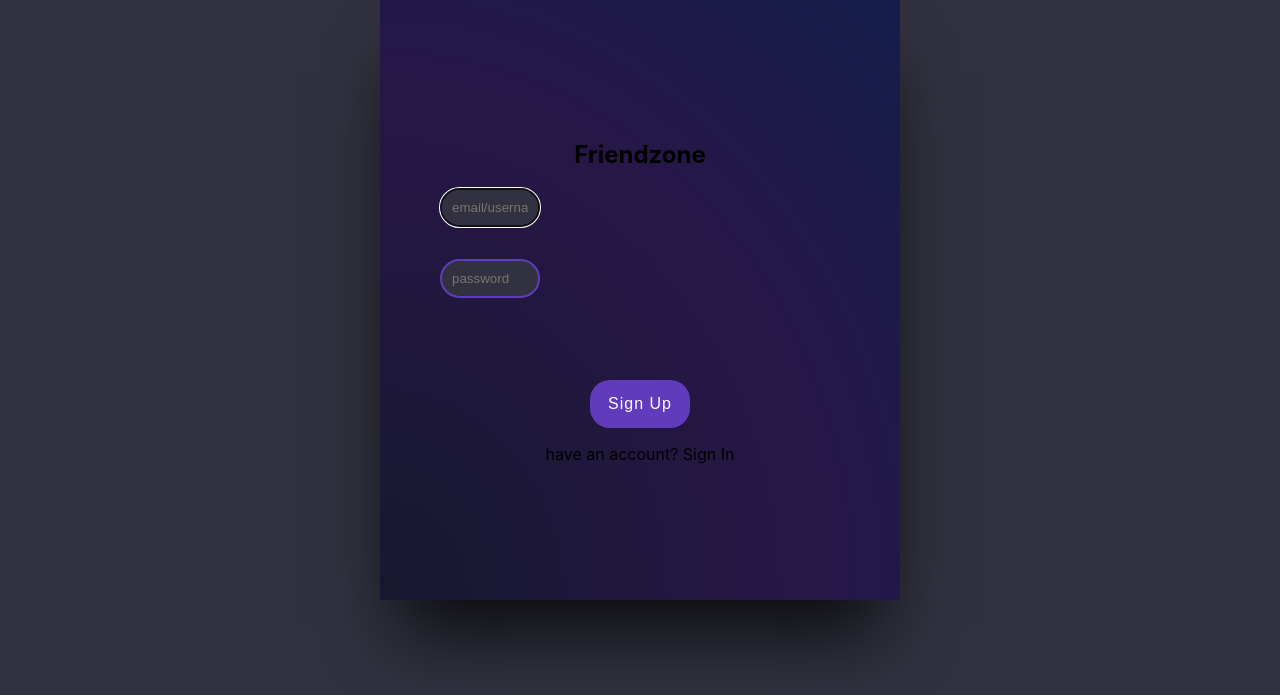
Repository: DerickT02/friend-zone
Page: /
The author's editor kept a copy of each file at every save. The page is drawn from the files as they stood at one save, then again after the next save.
The browser window is 1280 px wide. The pictures show the whole page.
The project was rebuilt for these pictures with package versions that can differ from the ones it lists, and the page was loaded fresh each time. Also part of the build but not shown: src/Appreducer.js, src/GlobalState.js, src/Post.js, src/Homepage.js, src/fire.js.

Above is the page before, as saved 2021-07-07 07:50:52.

### src/index.js
import React from 'react';
import ReactDOM from 'react-dom';
import './index.css';
import App from './App';


ReactDOM.render(

    <App />,
  document.getElementById('root')
);

// If you want to start measuring performance in your app, pass a function
// to log results (for example: reportWebVitals(console.log))
// or send to an analytics endpoint. Learn more: https://bit.ly/CRA-vitals

### src/index.css
body {
  margin: 0;
  font-family: -apple-system, BlinkMacSystemFont, 'Segoe UI', 'Roboto', 'Oxygen',
    'Ubuntu', 'Cantarell', 'Fira Sans', 'Droid Sans', 'Helvetica Neue',
    sans-serif;
  -webkit-font-smoothing: antialiased;
  -moz-osx-font-smoothing: grayscale;
  background-color: rgb(49, 49, 63);

}

code {
  font-family: source-code-pro, Menlo, Monaco, Consolas, 'Courier New',
    monospace;
}

### src/App.js
import React, { Component, useState, useEffect } from 'react'
import { BrowserRouter, Switch, Link, Route, Redirect, Router} from 'react-router-dom'
import Login from './Login'
import Homepage from './Homepage'
import './App.css'

import fire from './fire'
import GlobalProvider from './GlobalState'

function App() {
  const [user, setUser] = useState('')
  const [email, setEmail] = useState('')
  const [password, setPassword] = useState('')
  const [emailError, setEmailError] = useState('')
  const [passwordError, setPasswordError] = useState('')
  const [hasAccount, setHasAccount] = useState(false)

const clearInputs = () => {
  setEmail('')
  setPassword('')
}

const clearErrors = () => {
  setEmailError('');
  setPasswordError('')
}

const handleLogin = () => {
  clearErrors()
  fire
  .auth()
  .signInWithEmailAndPassword(email, password)
  .catch(err => {
      switch(err.code){
          case 'auth/invalid-email':
          case 'auth/user-disabled':
          case 'auth/user-not-found':
              setEmailError(err.message)
              break;
          case 'auth/wrong-password':
              setPasswordError(err.message)
              break
      }
  })
}

const handleSignup = () => {
  clearErrors()
  fire
  .auth()
  .createUserWithEmailAndPassword(email, password)
  .catch(err => {
      switch(err.code){
          case 'auth/email-already-in-use':
          case 'auth/invalid-email':
          setEmailError(err.message);
          break;

          case 'auth/weak-password':
          setPasswordError(err.message)
      }
  })
}

const handleLogout = () => {
  fire
  .auth()
  .signOut()
}

const authListener = () => {
  fire.auth().onAuthStateChanged((user) => {
    if(user){
      clearInputs()
      setUser(user)
    }
    else {
        setUser('')
    }
  })
}

useEffect(() => {
  authListener()
}, [])

  return (
    <div className="App">
    {user ? (
      <BrowserRouter>
      <GlobalProvider>
      <Switch>
        <Route exact path = '/'><Redirect to = "/homepage"/></Route>
        <Route exact path = '/homepage'><Homepage handleLogout = {handleLogout}/></Route>
      </Switch>
      </GlobalProvider>
     </BrowserRouter>
    ) : (

      <BrowserRouter>
      <Switch>
      <Route exact path = '/homepage'><Redirect to = "/" /></Route>
        <Route><Login email = {email}
            setEmail = {setEmail}
            password = {password}
            setPassword={setPassword}
            handleLogin={handleLogin}
            handleSignup={handleSignup}
            hasAccount={hasAccount}
            setHasAccount={setHasAccount}
            emailError={emailError}
            passwordError={passwordError} /></Route>
      </Switch>
      </BrowserRouter>
    )}

    </div>
  );
}

export default App;

### src/Login.js
import React, { Component, useState, useEffect } from 'react'
import './Login.css'
import {Link} from 'react-router-dom'

const Login = (props) => {
    const {email, setEmail, password, setPassword, handleLogin, handleSignup, hasAccount, setHasAccount, emailError, passwordError} = props
    return (
        <section className = "login">
        <div className="loginContainer" >

<h1>Friendzone</h1>


<input placeholder = 'email/username' type ="text" autoFocus required value = {email} onChange={(e) => setEmail(e.target.value)}/>
<p className ="errorMsg">{emailError}</p>

<input placeholder = 'password' type ="password" required value = {password} onChange={(e) => setPassword(e.target.value)} />
<p className = "errorMsg">{passwordError}</p>
<div className="btnContainer">

    {hasAccount ? (
        <div>
       <button type = "submit" onClick = {handleLogin}>Sign in</button>
        <p>Don't have an account? <span onClick ={() => setHasAccount(!hasAccount)}>Sign Up</span></p>
        </div>
    ):(
        <div>
        <button type = "submit" onClick={handleSignup}>Sign Up</button>
        <p>have an account? <span onClick = {() => setHasAccount(!hasAccount)}>Sign In</span></p>
        </div>
    )}

</div>
</div>
</section>





    )
}


export default Login

### src/Login.css
* {
  box-sizing: border-box;
}


.login .loginContainer {
  padding: 60px;
  margin: auto;

  max-width: 520px;
  min-height: 600px;
  display: flex;
  flex-direction: column;
  justify-content: center;
  background: radial-gradient(
    ellipse at left bottom,
    rgba(22, 24, 47, 1) 0%,
    rgba(38, 20, 72, 0.9) 59%,
    rgba(17, 27, 75, 0.9) 100%
  );
  box-shadow: 0 50px 70px -20px rgba(0, 0, 0, 0.8);
}

.login .loginContainer input {
  border: 2px solid #603bbb;
  width: 25%;
  padding: 10px;
  background-color: rgb(49, 49, 63);
  border-radius: 20px;
  color: white;
}




.btnContainer {
  margin-top: 50px;
}


.btnContainer button {
  border: none;
  border-radius: 20px;
  outline: none;
  width: 25%;
  padding: 15px 0;
  color: #fff;
  font-size: 16px;
  letter-spacing: 1px;
  background: #603bbb;
  cursor: pointer;
}

Loaded but not shown: public/index.html (common file); src/App.css (common file)

After the next save:
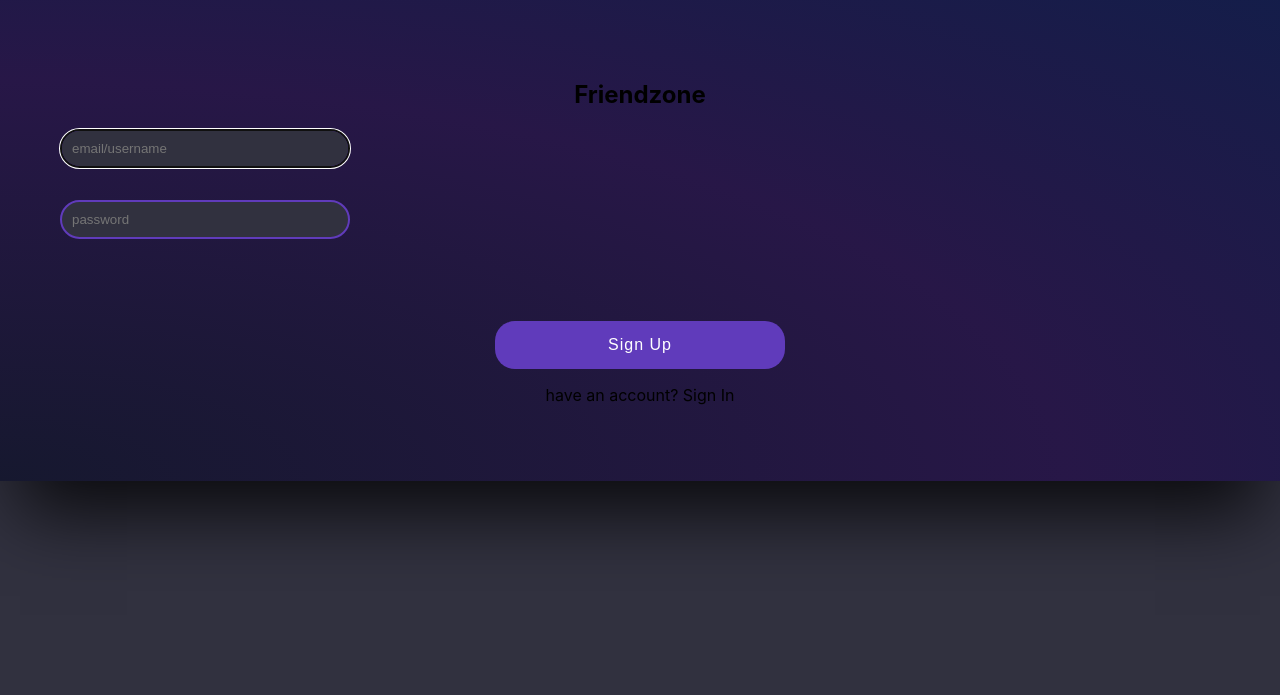
Saved 7 s later.
--- a/src/Login.css
+++ b/src/Login.css
@@ -7,8 +7,7 @@
   padding: 60px;
   margin: auto;
 
-  max-width: 520px;
-  min-height: 600px;
+
   display: flex;
   flex-direction: column;
   justify-content: center;
